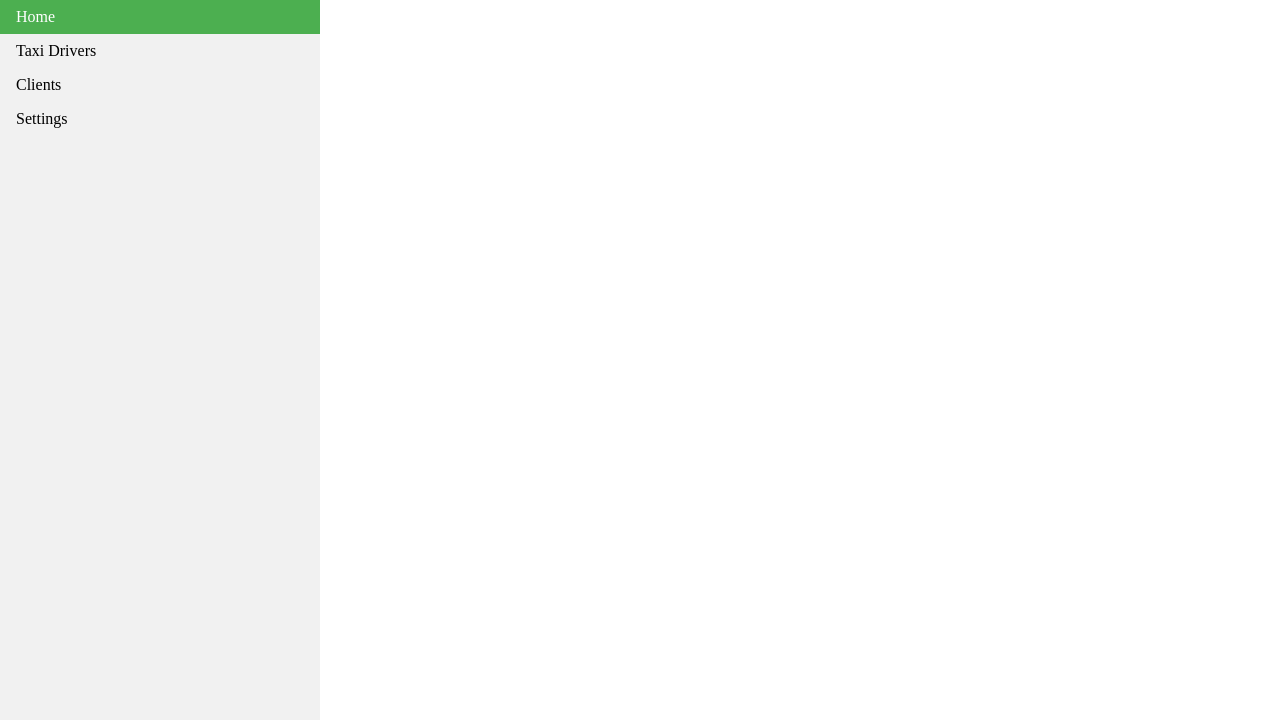
Repository: ash-the-reaper/TaxiRoot
Page: UI/WebContent/home.html
These files come from the project's save history. The page is drawn as it stood at one moment and after the next save; the edit follows.
The browser window is 1280 px wide. The pictures show the whole page.

Above is the page before, as saved 2017-03-14 08:41:42.
Console error (its wording comes from the project's code and is left out).

After the next save:
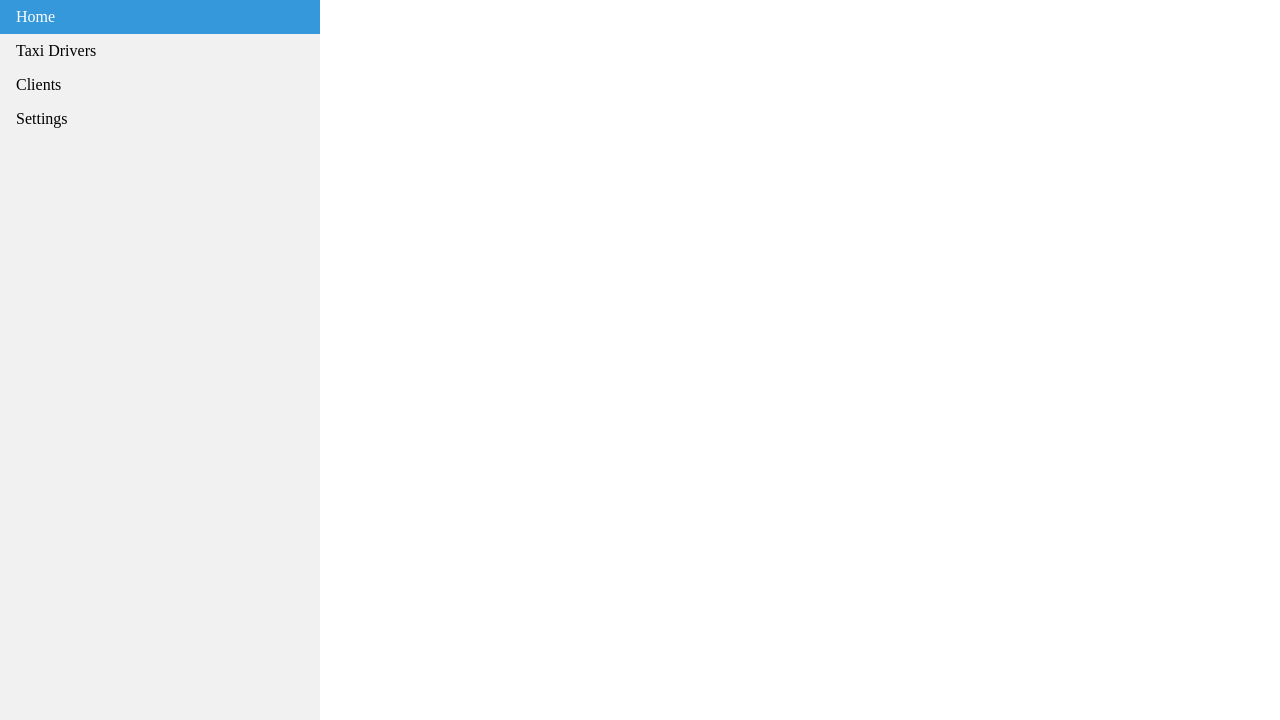
Saved 116 s later.
--- a/UI/WebContent/CSS/adminMenu.css
+++ b/UI/WebContent/CSS/adminMenu.css
@@ -23,7 +23,7 @@ ul.sidenav li a {
 }
 
 ul.sidenav li a.active {
-    background-color: #4CAF50;
+    background-color: #3498DB;
     color: white;
 }
 
